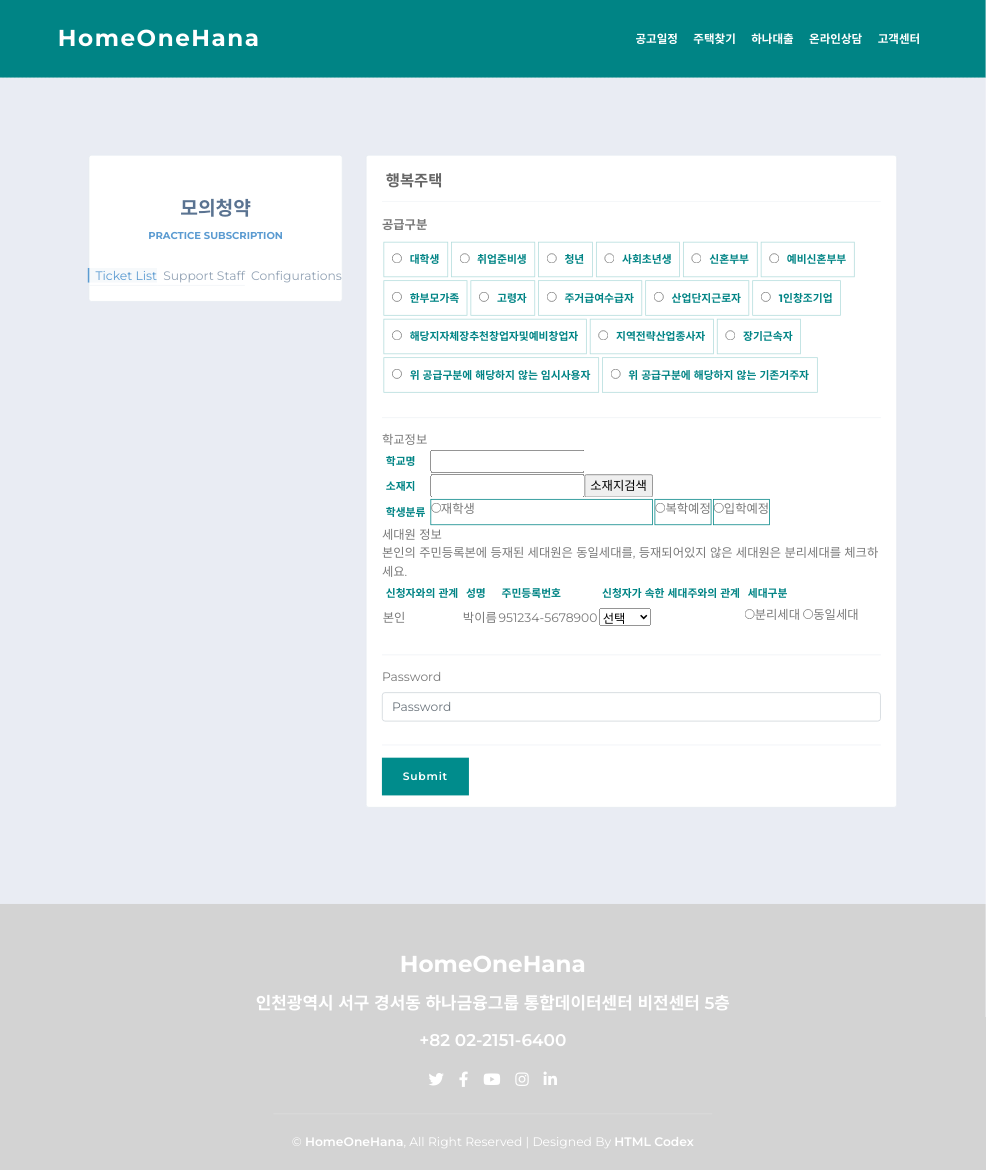
Repository: koposoftware/2021_10_syyoon
Page: http://localhost/HomeOneHana/WEB-INF/jsp/subscription/subscription.jsp
These files come from the project's save history. The page is drawn as it stood at one moment and after the next save; the edit follows.
The browser window is 1280 px wide. The pictures show the whole page, at 77% of full size.
Some icons come from a web library that is not loaded, so they are not drawn. Some web libraries are served in a nearby version. The page is served by Tomcat 9. Nobody is signed in. The template is opened directly, without the code that normally fills it, so the values that code supplies are empty.

Above is the page before, as saved 2021-09-14 23:13:06.

After the next save:
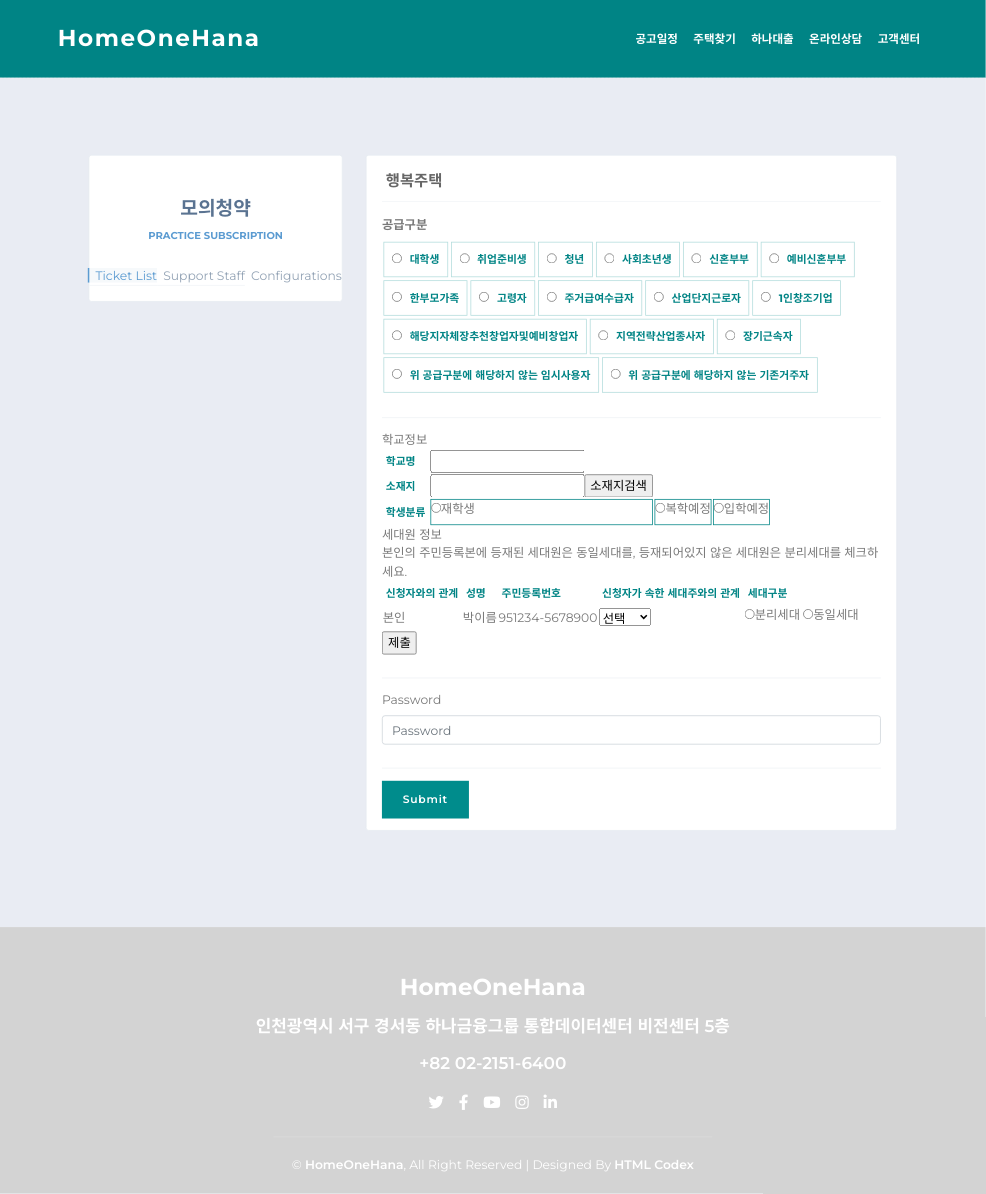
Saved 8 min 12 s later.
--- a/project/Spring-mvc/HomeOneHana/src/main/webapp/WEB-INF/jsp/subscription/subscription.jsp
+++ b/project/Spring-mvc/HomeOneHana/src/main/webapp/WEB-INF/jsp/subscription/subscription.jsp
@@ -141,11 +141,10 @@
 				                                					<td>
 				                                						<input type="radio" id="seperate" name="familytype" value="분리세대"><label for="seperate" >분리세대</label>
 				                                						<input type="radio" id="same" name="familytype" value="동일세대"><label for="same" >동일세대</label>
-
 				                                					</td>
-
 				                                			</tbody>
 				                                		</table>
+				                                		<input type="submit" value="제출">
 
 			                                		</form>
 
